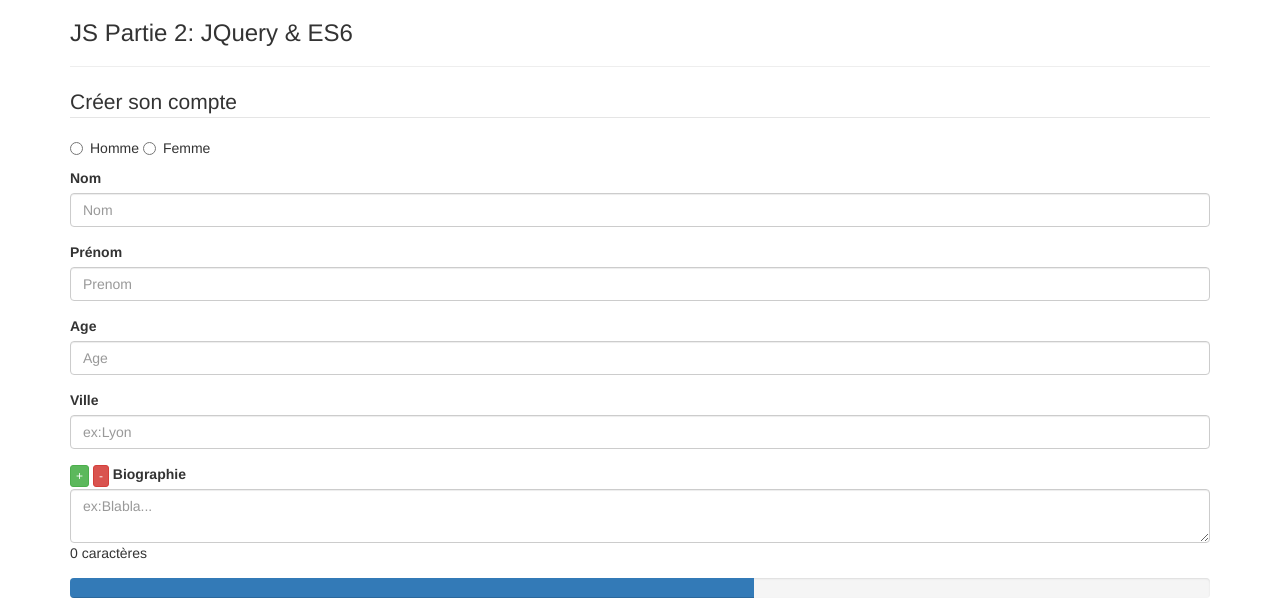
Repository: Symfomany/WildJQueryForm
Page: index.html
These files come from the project's save history. The page is drawn as it stood at one moment and after the next save; the edit follows.
The browser window is 1280 px wide. The pictures show the part of the page from y = 0 to 598 px (the page is 1382 px tall before and 1424 px after).
A picture or video elsewhere on the page could not be fetched, so the positions and the page height are approximate.

Above is the page before, as saved 2017-03-06 07:10:51.

### index.html
<!DOCTYPE html>
<html lang="en">

<head>
    <title></title>
    <meta charset="UTF-8">
    <meta name="viewport" content="width=device-width, initial-scale=1">
    <!-- Latest compiled and minified CSS & JS -->
    <link rel="stylesheet" media="screen" href="http://netdna.bootstrapcdn.com/bootstrap/3.3.4/css/bootstrap.min.css">

</head>

<body>

    <div class="container">

        <h3>JS Partie 2: JQuery & ES6</h3>
        <hr />


        <form action="" method="POST" role="form">
            <legend>Créer son compte</legend>

            <div class="radio">
                <label>
                    <input type="radio" name="sexe" id="homme" value="homme">
                    Homme
                </label>
                <label>
                    <input type="radio" name="sexe" id="femme" value="femme" >
                    Femme
                </label>
            </div>


            <div class="form-group">
                <label for="">Nom</label>
                <input type="text" class="form-control" id="nom" placeholder="Nom">
            </div>

            <div class="form-group">
                <label for="">Prénom</label>
                <input type="text" class="form-control" id="prenom" placeholder="Prenom">
            </div>

            <div class="form-group">
                <label for="">Age</label>
                <input type="text" class="form-control" id="age" placeholder="Age">
            </div>

            <div class="form-group">
                <label for="">Ville</label>
                <input type="text" class="form-control" id="ville" placeholder="ex:Lyon">
            </div>

            <div class="form-group">
                <button class="btn btn-xs btn-success">+</button>
                <button class="btn btn-xs btn-danger">-</button>
                <label for="">Biographie</label>
                <textarea class="form-control" id="biography" placeholder="ex:Blabla..."></textarea>
                <span id="nbCars">0</span> caractères
            </div>

            <div class="progress">
                <div class="progress-bar" role="progressbar" aria-valuenow="60" aria-valuemin="0" aria-valuemax="100" style="width: 60%;">
<span class="sr-only">60% Complete</span>
</div>
</div>


<div class="form-group">
    <label for="">Avatar</label>
    <input type="url" class="form-control" id="avatar" placeholder="ex: http://www.facebook.com/monImage.jpg">
    <img src="http://lh5.ggpht.com/-cnS_l9G3Ujw/U9WbCIprN3I/AAAAAAABKJU/yMLKfWUZBXk/avatar-caritas-animadas-gifs-008%25255B6%25255D.gif?imgmax=800"
        alt="">
</div>

<div class="form-group">
    <label for="">Code postal</label>
    <input type="text" class="form-control" id="cp" placeholder="ex:Lyon">
</div>

<div class="form-group">
    <label for="">Email</label>
    <input type="email" class="form-control" id="email" placeholder="Email">
</div>

<div class="form-group">
    <label for="">Mot de passe</label>
    <input type="password" class="form-control" id="password" placeholder="6 caractères">
</div>

<div class="checkbox">
    <label>
                    <input type="checkbox"> Voir le Mot de Passe en Clair
                </label>
</div>

<div class="form-group">
    <label for="">Confirmer le mot de passe</label>
    <input type="password" class="form-control" id="password" placeholder="6 caractères">
</div>

<div class="checkbox">
    <label>
                    <input type="checkbox"> J'ai pris connaissance des <a>Condition Générale de Vente</a>
                </label>
</div>


<button disabled type="submit" class="btn btn-primary">Créer un compte</button>
</form>


</div>

<script src="http://code.jquery.com/jquery.js"></script>
<script src="http://netdna.bootstrapcdn.com/bootstrap/3.3.4/js/bootstrap.min.js"></script>

</body>

</html>

After the next save:
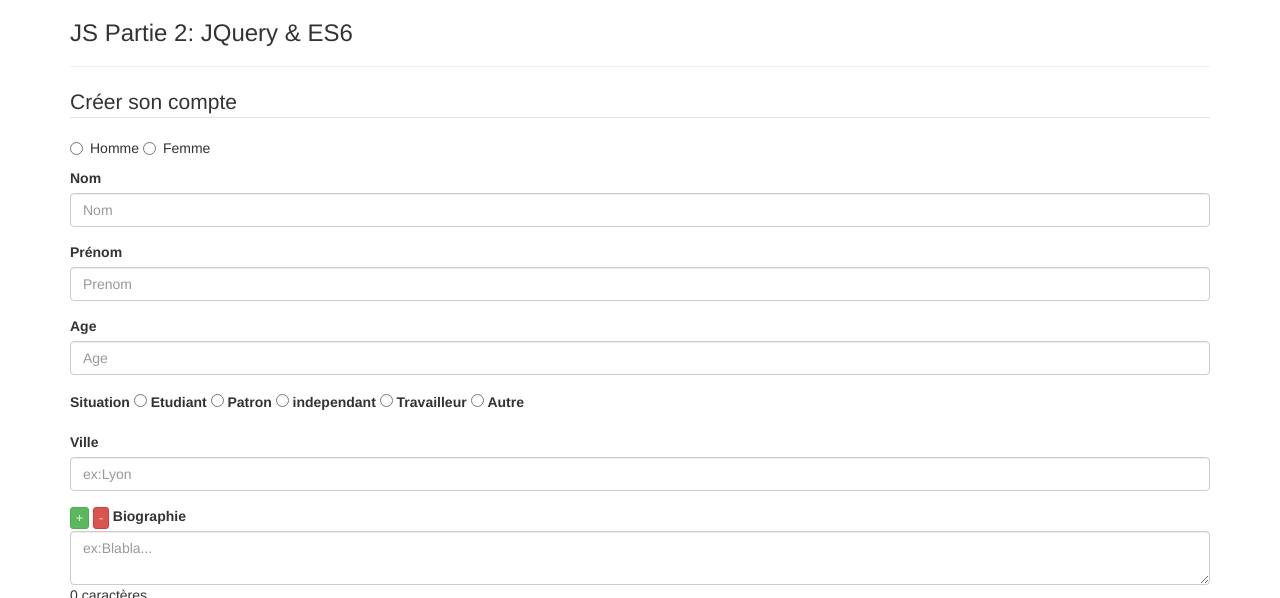
Saved 2 min 58 s later.
--- a/index.html
+++ b/index.html
@@ -46,6 +46,24 @@
             <div class="form-group">
                 <label for="">Age</label>
                 <input type="text" class="form-control" id="age" placeholder="Age">
+            </div>
+
+            <div class="form-group">
+                <label for="">Situation</label>
+                <input type="radio" name="name" value="etudiant" class="etudiant">
+                <label for="">Etudiant</label>
+
+                <input type="radio" name="name" value="patron" class="patron">
+                <label for="">Patron</label>
+
+                <input type="radio" name="name" value="independant" class="independant">
+                <label for="">independant</label>
+
+                <input type="radio" name="name" value="travailleur" class="travailleur">
+                <label for="">Travailleur</label>
+
+                <input type="radio" name="name" value="autre" class="autre">
+                <label for="">Autre</label>
             </div>
 
             <div class="form-group">
